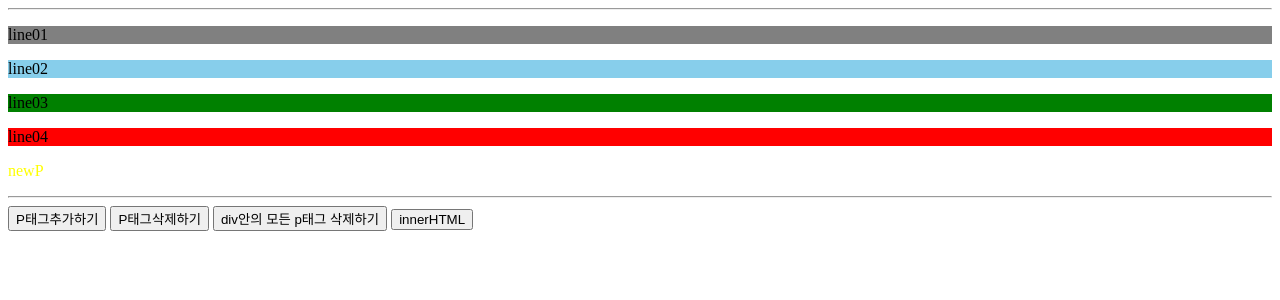
Repository: wishinghyun/multicampus
Page: webwork/clientweb/WebContent/js_dom/domExam.html
An editor plug-in stored every save of this project. The page is shown before and after the next save, followed by the edit.
The browser window is 1280 px wide. The pictures show the whole page.
After loading, the first visible `button` was clicked once.

Above is the page before, as saved 2020-01-10 04:46:46.

### webwork/clientweb/WebContent/js_dom/domExam.html
<!DOCTYPE html>
<html>
<head>
	<meta http-equiv="Content-Type" content="text/html; charset=EUC-KR">
	<title>Insert title here</title>
	<script type="text/javascript">
		function insertP() {
			pNode = document.createElement("p")
			pNode.setAttribute("style", "color : yellow")
			textNode = document.createTextNode("newP")
			pNode.appendChild(textNode)
			targetNode = document.getElementById("root")
			targetNode.appendChild(pNode)
		}
	</script>
</head>
<body>
	<div id="layer"></div>

	<hr>

	<div id="root">
		<p style="background: gray;">line01</p>
		<p style="background: skyblue">line02</p>
		<p style="background: green;">line03</p>
		<p style="background: red;">line04</p>
	</div>

	<hr>
	<button onclick="insertP()">P태그추가하기</button>
	<button onclick="deleteP()">P태그삭제하기</button>
	<button onclick="deleteDivAndP()">div안의 모든 p태그 삭제하기</button>
	<button onclick="innerHTML_test()">innerHTML</button>


</body>
</html>

After the next save:
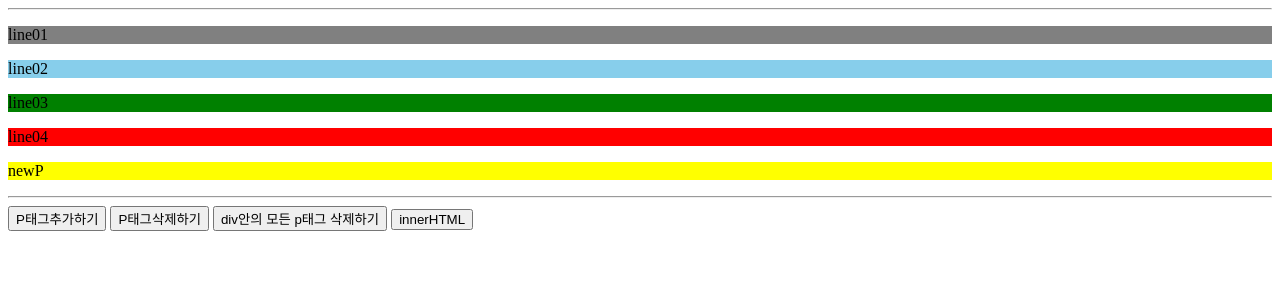
Saved 27 s later.
--- a/webwork/clientweb/WebContent/js_dom/domExam.html
+++ b/webwork/clientweb/WebContent/js_dom/domExam.html
@@ -6,7 +6,7 @@
 	<script type="text/javascript">
 		function insertP() {
 			pNode = document.createElement("p")
-			pNode.setAttribute("style", "color : yellow")
+			pNode.setAttribute("style", "background: yellow")
 			textNode = document.createTextNode("newP")
 			pNode.appendChild(textNode)
 			targetNode = document.getElementById("root")
